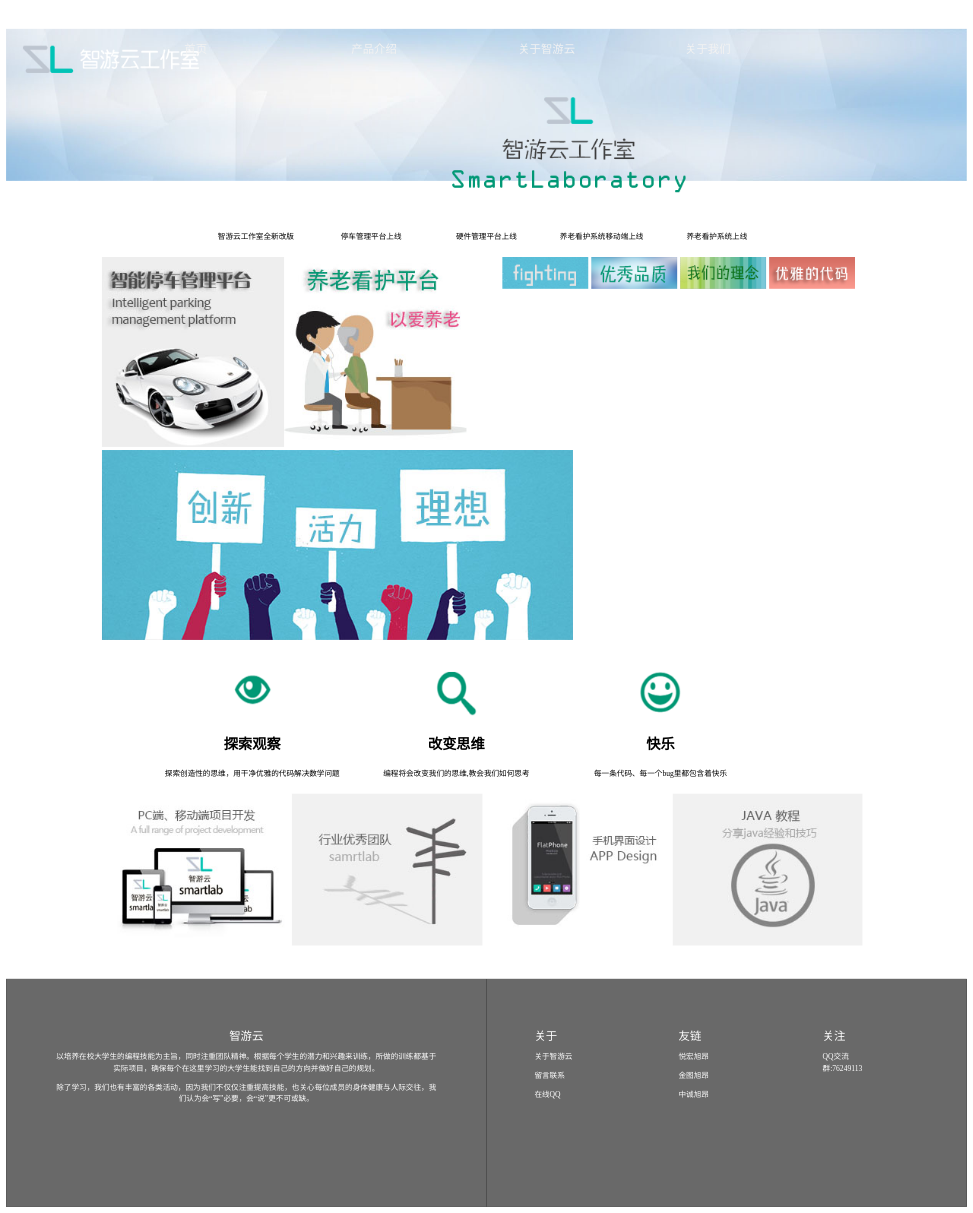
Repository: dakai1234/webTest
Page: 智游云1/index/index.html
The author's editor kept a copy of each file at every save. The page is drawn from the files as they stood at one save, then again after the next save.
The browser window is 1280 px wide. The pictures show the whole page, at 76% of full size.

Above is the page before, as saved 2021-04-10 08:21:20.

### 智游云1/index/index.html
<!DOCTYPE html>
<html lang="en">

<head>
    <meta charset="UTF-8">
    <meta http-equiv="X-UA-Compatible" content="IE=edge">
    <meta name="viewport" content="width=device-width, initial-scale=1.0">
    <link rel="stylesheet" href="index.css">
    <link rel="stylesheet" href="../footerCss/footer.css">
    <link rel="stylesheet" href="../headerCss/header.css">
    <title>首页</title>

</head>

<body>
    <div class="header">
        <a href="images/logo.png"><img class="logo_img" src="../about/images/logo.png"></a>
        <a href="index.html"> 首页 </a>
        <a href="../product/product.html"> 产品介绍 </a>
        <a href="../about/about.html"> 关于智游云 </a>
        <a href="#"> 关于我们 </a>
    </div>

    <div class="banner_img">
        <img class="bannerName_img" src="images/bannerName.png">
    </div>

    <div class="new_content">
        <p>智游云工作室全新改版</p>
        <p>停车管理平台上线</p>
        <p>硬件管理平台上线</p>
        <p>养老看护系统移动端上线</p>
        <p>养老看护系统上线</p>
    </div>

    <div class="content_img">
        <div class="introduce"><img src="images/introduce1.jpg" /></div>
        <div class="introduce"><img src="images/introduce2jpg.jpg" /></div>
        <div class="introduce"><img src="images/s1.jpg" /></div>
        <div class="tip">
            <img src="images/tip1.png" />
            <img src="images/tip2.png" />
            <img src="images/tip3.png" />
            <img src="images/tip4.png" />
        </div>
    </div>

    <div class="title">
        <div class="title_content">
            <img src="images/photo1.png" />
            <h3>探索观察</h3>
            <p>探索创造性的思维，用干净优雅的代码解决数学问题</p>
        </div>
        <div class="title_content">
            <img src="images/photo2.png" />
            <h3>改变思维</h3>
            <p>编程将会改变我们的思维,教会我们如何思考</p>
        </div>
        <div class="title_content">
            <img src="images/photo3.png" />
            <h3>快乐</h3>
            <p>每一条代码、每一个bug里都包含着快乐</p>
        </div>
    </div>

    <div class="content_img">
        <div class="introduce"><img src="images/one.jpg" /></div>
        <div class="introduce"><img src="images/two.jpg" /></div>
        <div class="introduce"><img src="images/three.jpg" /></div>
        <div class="introduce"><img src="images/four.jpg" /></div>
    </div>

    <div class="footer">
        <div class="footer_inner">
            <div class="text">
                <span>智游云</span>
                <p>
                    以培养在校大学生的编程技能为主旨，同时注重团队精神。根据每个学生的潜力和兴趣来训练，所做的训练都基于实际项目，确保每个在这里学习的大学生能找到自己的方向并做好自己的规划。
                </p>
                <p>
                    除了学习，我们也有丰富的各类活动，因为我们不仅仅注重提高技能，也关心每位成员的身体健康与人际交往，我们认为会“写”必要，会“说”更不可或缺。
                </p>
            </div>
        </div>
        <div class="footer_inner">
            <div class="text_intro">
                <span>关于</span>
                <p>关于智游云</p>
                <p>留言联系</p>
                <p>在线QQ</p>
            </div>
            <div class="text_intro">
                <span>友链</span>
                <p>悦宏旭昂</p>
                <p>金图旭昂</p>
                <p>中诚旭昂</p>
            </div>
            <div class="text_intro">
                <span>关注</span>
                <p>QQ交流群:76249113</p>
            </div>

        </div>
    </div>

</body>

</html>

### 智游云1/index/index.css
.banner_img {
    margin-top: 3%;
    text-align: center;
    background: url(images/banner.jpg) no-repeat;
    background-size: 100% 200px;
}

.new_content {
    padding: 0% 20%;
    overflow: auto;
    text-align: center;
}

.new_content p {
    display: block;
    font-size: 10px;
    width: 20%;
    float: left;
}

.new_content p:hover {
    color: aquamarine
}

.content_img {
    padding: 0% 8% 0% 10%;
    margin-top: 10px;
    overflow: auto;
}

.introduce {
    float: left;
    overflow: auto;
    text-align: center;
}

.tip {
    text-align: center;
}

.title {
    padding-left: 15%;
    margin-top: 3%;
    overflow: hidden;
}

.title_content {
    width: 25%;
    float: left;
    text-align: center;
}

.title_content p {
    font-size: 10px;
}

### 智游云1/footerCss/footer.css
.footer {
    margin: 40px 0px 0px 0px;
    width: 100%;
    height: 300px;
    background-color: #000;
    overflow: auto;
    box-sizing: border-box;
    position: relative;
}

.footer_inner {
    width: 50%;
    color: #FFF;
    height: 300px;
    background-color: dimgray;
    float: left;
}

.text {
    padding: 10% 10%;
    text-align: center;
    font-size: 10px;
    font-weight: lighter;
}

.text span {
    font-size: 15px;
}

.text p:hover {
    color: #000;
}

.text_intro {
    padding: 10% 10%;
    width: 10%;
    font-size: 10px;
    font-weight: lighter;
    float: left;
}

.text_intro span {
    font-size: 15px;
}

.text_intro p:hover {
    color: #000;
}

### 智游云1/headerCss/header.css
.header {
    height: auto;
}

.header_content {
    background-color: #555;
    width: 100%;
    height: auto;
    overflow: auto;
    position: fixed;
}

.header a {
    float: left;
    width: 15%;
    color: #f2f2f2;
    padding: 15px;
    text-decoration: none;
    font-size: 15px;
}

.header a:hover {
    color: #333;
}

.header a:active {
    color: #333;
}

.logo_img {
    float: left;
    padding: 5px 0px;
}

After the next save:
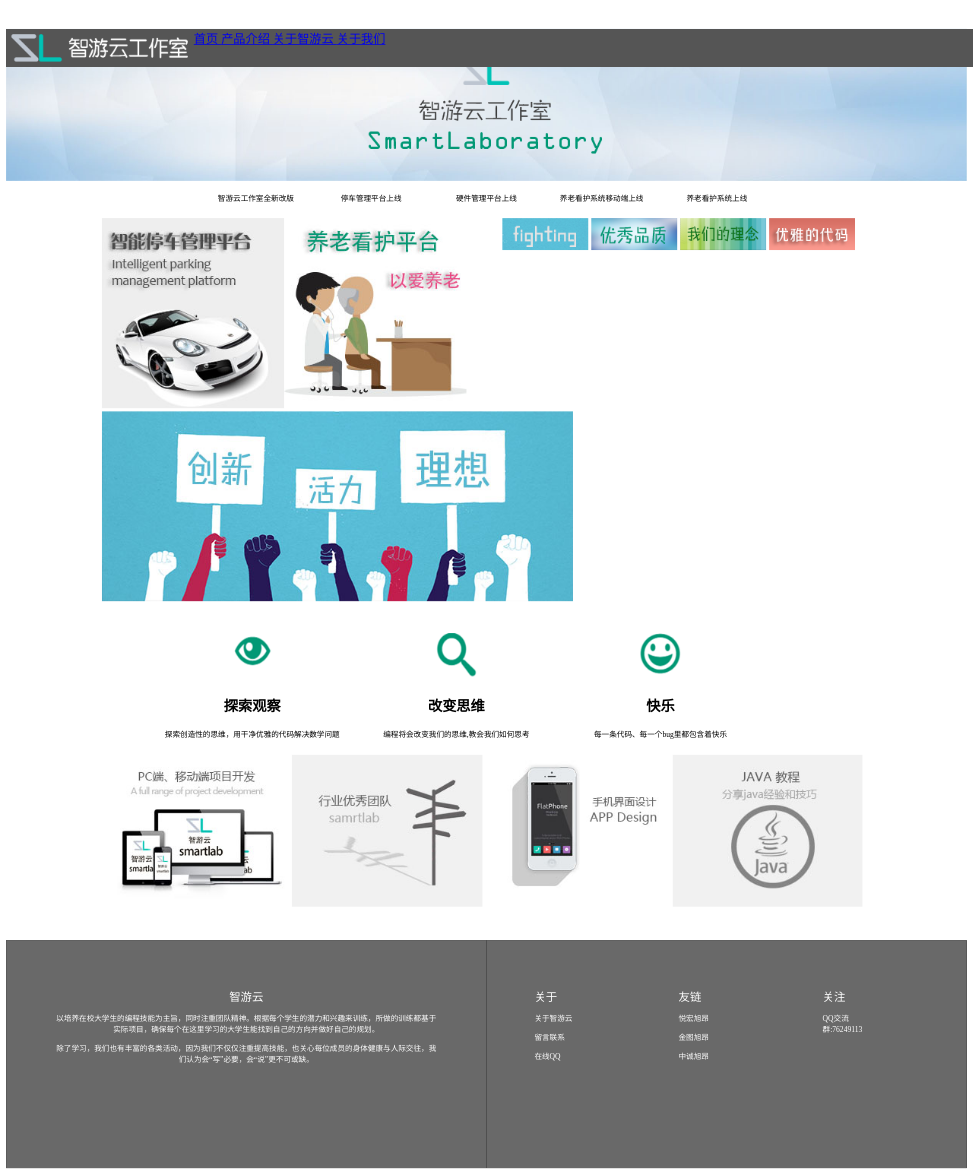
Saved 115 s later.
--- a/智游云1/index/index.html
+++ b/智游云1/index/index.html
@@ -13,7 +13,7 @@
 </head>
 
 <body>
-    <div class="header">
+    <div class="header_content">
         <a href="images/logo.png"><img class="logo_img" src="../about/images/logo.png"></a>
         <a href="index.html"> 首页 </a>
         <a href="../product/product.html"> 产品介绍 </a>
